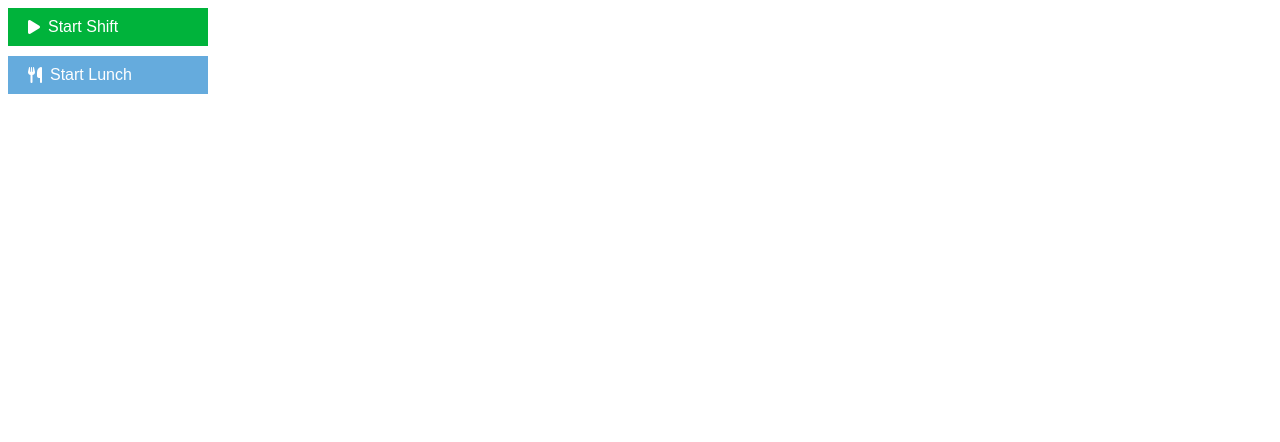
Repository: Philip-Rogers/button-state
Page: experiment.html
These files come from the project's save history. The page is drawn as it stood at one moment and after the next save; the edit follows.
The browser window is 1280 px wide. The pictures show the whole page.

Above is the page before, as saved 2024-08-14 16:20:32.

### experiment.html
<!DOCTYPE html>
<html lang="en">

<head>
    <meta charset="UTF-8">
    <meta name="viewport" content="width=device-width, initial-scale=1.0">
    <title>Shift and Lunch Toggle Buttons</title>
    <link rel="stylesheet" href="index.css">
    <link rel="stylesheet" href="https://cdnjs.cloudflare.com/ajax/libs/font-awesome/6.5.1/css/all.min.css"
        integrity="sha512-DTOQO9RWCH3ppGqcWaEA1BIZOC6xxalwEsw9c2QQeAIftl+Vegovlnee1c9QX4TctnWMn13TZye+giMm8e2LwA=="
        crossorigin="anonymous" referrerpolicy="no-referrer" />
</head>

<body>

    <!-- Container to hold both buttons -->
    <div class="button-container">
        <!-- Shift Button -->
        <button id="shiftButton" class="toggle-button" onclick="toggleShift()">
            <i class="fa fa-play"></i> Start Shift
        </button>

        <!-- Lunch Button -->
        <button id="lunchButton" class="toggle-button" onclick="toggleLunch()" disabled>
            <i class="fa fa-utensils"></i> Start Lunch
        </button>
    </div>

    <script>
        let shiftState = 'start'; // Tracks the state of the Shift button
        let lunchState = 'start'; // Tracks the state of the Lunch button

        // Function to toggle the Shift button text and color
        function toggleShift() {
            const shiftButton = document.getElementById('shiftButton');
            const lunchButton = document.getElementById('lunchButton');

            if (shiftState === 'start') {
                shiftButton.innerHTML = '<i class="fa fa-stop"></i> Stop Shift';
                shiftButton.style.backgroundColor = 'hsl(354, 70%, 54%)'; // Red for Stop Shift
                shiftState = 'stop';
                lunchButton.disabled = false; // Enable the Lunch button when Shift is started
            } else {
                // Revert both buttons to their default state
                shiftButton.innerHTML = '<i class="fa fa-play"></i> Start Shift';
                shiftButton.style.backgroundColor = 'hsl(140, 100%, 35%)'; // Green for Start Shift
                shiftState = 'start';
                lunchButton.disabled = true; // Disable the Lunch button when Shift is stopped
                lunchButton.innerHTML = '<i class="fa fa-utensils"></i> Start Lunch'; // Reset Lunch button text
                lunchButton.style.backgroundColor = 'hsl(205, 100%, 39%)'; // Reset Lunch button color
                lunchState = 'start'; // Reset Lunch button state
            }
        }

        // Function to toggle the Lunch button text and color
        function toggleLunch() {
            const shiftButton = document.getElementById('shiftButton');
            const lunchButton = document.getElementById('lunchButton');

            if (lunchState === 'start') {
                lunchButton.innerHTML = '<i class="fa fa-stop"></i> Stop Lunch';
                lunchButton.style.backgroundColor = 'hsl(354, 70%, 54%)'; // Red for Stop Lunch

                if (shiftState === 'stop') {
                    shiftButton.style.backgroundColor =
                        'hsl(354, 70%, 44%)'; // Darkened red for Stop Shift when disabled
                    shiftButton.disabled = true; // Disable the Stop Shift button
                }

                lunchState = 'stop';
            } else {
                lunchButton.innerHTML = '<i class="fa fa-utensils"></i> Start Lunch';
                lunchButton.style.backgroundColor = 'hsl(205, 100%, 39%)'; // Blue for Start Lunch
                lunchButton.disabled = true; // Disable the Stop Lunch button

                if (shiftState === 'stop') {
                    shiftButton.style.backgroundColor = 'hsl(354, 70%, 54%)'; // Restore the red color for Stop Shift
                    shiftButton.disabled = false; // Re-enable the Stop Shift button
                }

                lunchState = 'start';
            }
        }
    </script>

</body>

</html>

### index.css
/* Container for the buttons to ensure they stack vertically */
.button-container {
    display: flex;
    flex-direction: column;
    align-items: flex-start; /* Align buttons to the start of the container */
    gap: 10px; /* Space between the buttons */
}

/* Style for the toggle buttons */
.toggle-button {
    color: white;
    background-color: hsl(140, 100%, 35%); /* Default green for Start Shift */
    border: none;
    padding: 10px 20px;
    font-size: 16px;
    cursor: pointer;
    display: flex;
    align-items: center;
    width: 200px; /* Fixed width for consistency */
}

#lunchButton, #openDoorButton {
    background-color: hsl(205, 100%, 39%); /* Default blue color for Start Lunch and Open Door */
}

.toggle-button i {
    margin-right: 8px;
}

.toggle-button:disabled {
    cursor: not-allowed;
    opacity: 0.6;
}

After the next save:
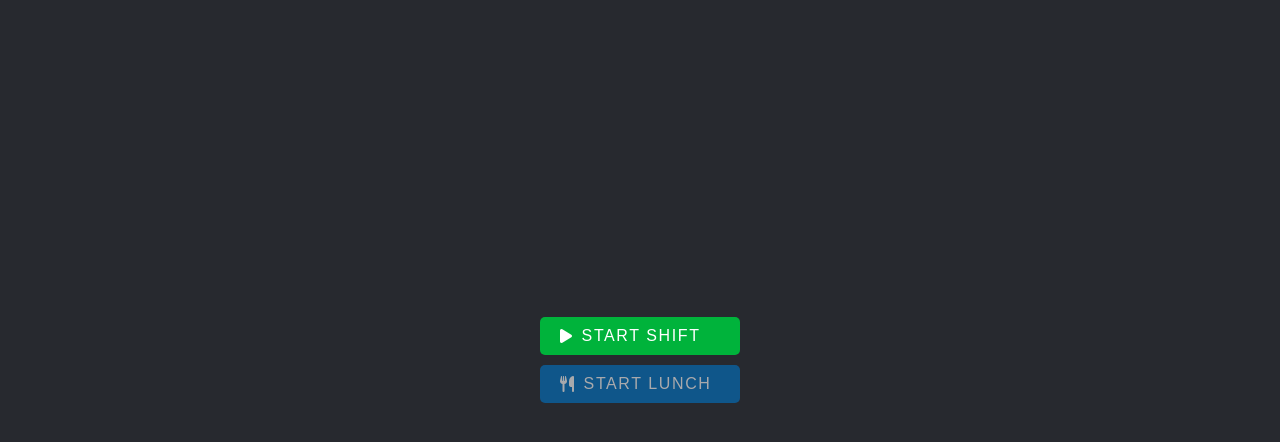
Saved 4 s later.
--- a/index.css
+++ b/index.css
@@ -1,26 +1,76 @@
+body {
+    background-color: hsl(225, 9%, 17%);
+    margin: auto;
+    display: flex;
+    justify-content: center;
+    align-items: center;
+    height: 100vh;
+    margin: 0;
+}
+
+button {
+    font-size: 1.25em;
+    display: block;
+    border-radius: 5px;
+    /* background-color: hsl(205, 100%, 39%); */
+    background-color: hsl(140, 100%, 35%);
+    /* Green for Start Shift */
+    color: hsl(354, 70%, 100%);
+    padding: 1em 1.25em;
+    width: 300px;
+    cursor: pointer;
+    border: none;
+    text-transform: uppercase;
+    letter-spacing: 0.1em;
+    transition: all .2s ease-in-out;
+    /* -webkit-box-reflect: below 10px linear-gradient(transparent, transparent, #0004); */
+}
+
+
+#shiftButton i {
+    margin-right: 8px;
+}
+
+#shiftButton.stopShift {
+    background-color: hsl(354, 70%, 54%);
+    /* Red for Stop Shift */
+}
+
+
+
+
+
+
 /* Container for the buttons to ensure they stack vertically */
 .button-container {
     display: flex;
     flex-direction: column;
-    align-items: flex-start; /* Align buttons to the start of the container */
-    gap: 10px; /* Space between the buttons */
+    align-items: flex-start;
+    /* Align buttons to the start of the container */
+    gap: 10px;
+    /* Space between the buttons */
 }
 
 /* Style for the toggle buttons */
 .toggle-button {
     color: white;
-    background-color: hsl(140, 100%, 35%); /* Default green for Start Shift */
+    background-color: hsl(140, 100%, 35%);
+    /* Default green for Start Shift */
     border: none;
     padding: 10px 20px;
     font-size: 16px;
     cursor: pointer;
     display: flex;
     align-items: center;
-    width: 200px; /* Fixed width for consistency */
+    width: 200px;
+    /* Fixed width for consistency */
 }
 
-#lunchButton, #openDoorButton {
-    background-color: hsl(205, 100%, 39%); /* Default blue color for Start Lunch and Open Door */
+#lunchButton,
+#openDoorButton,
+#roamingOptionsButton {
+    background-color: hsl(205, 100%, 39%);
+    /* Default blue color for Start Lunch, Open Door, and Roaming Options */
 }
 
 .toggle-button i {
